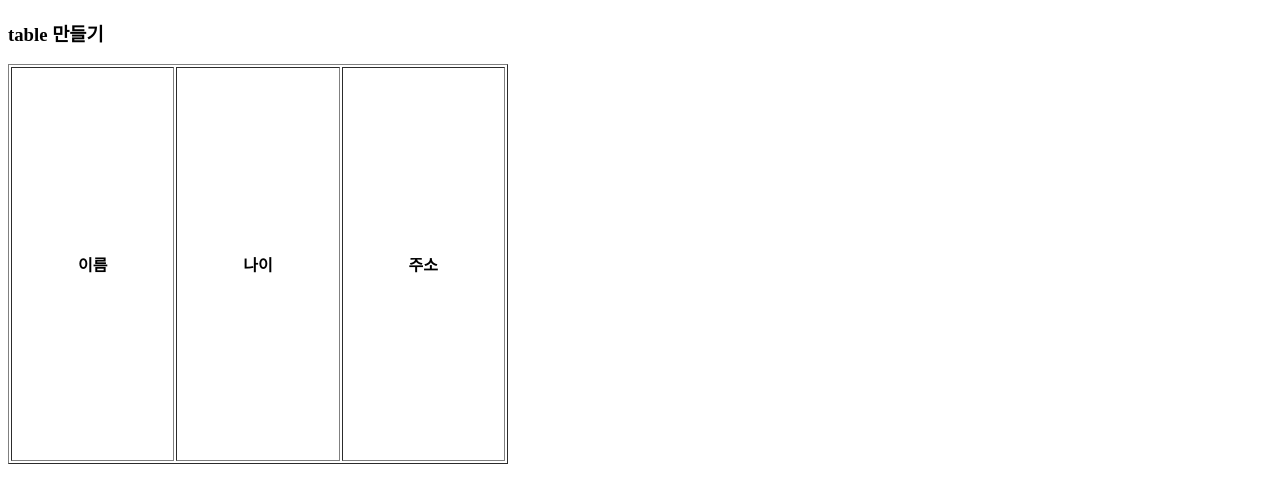
Repository: JeongHyeongKim/practice_myself
Page: Si_basic/WebProject/setp01_HTMLCS/WebContent/HTML/ex03_tableTag.html
These files come from the project's save history. The page is drawn as it stood at one moment and after the next save; the edit follows.
The browser window is 1280 px wide. The pictures show the whole page.

Above is the page before, as saved 2019-04-22 04:20:15.

### Si_basic/WebProject/setp01_HTMLCS/WebContent/HTML/ex03_tableTag.html
<!DOCTYPE html>
<html>
	<head>
		<meta charset="UTF-8">
		<title>Table Tag</title>
	</head>
	<body>
		<h3>table 만들기</h3>
		<table border="1" height="400" width="500">
			<tr>
				<th>이름</th>
				<th>나이</th>
				<th>주소</th>
			</tr>
		</table>
	</body>
</html>

After the next save:
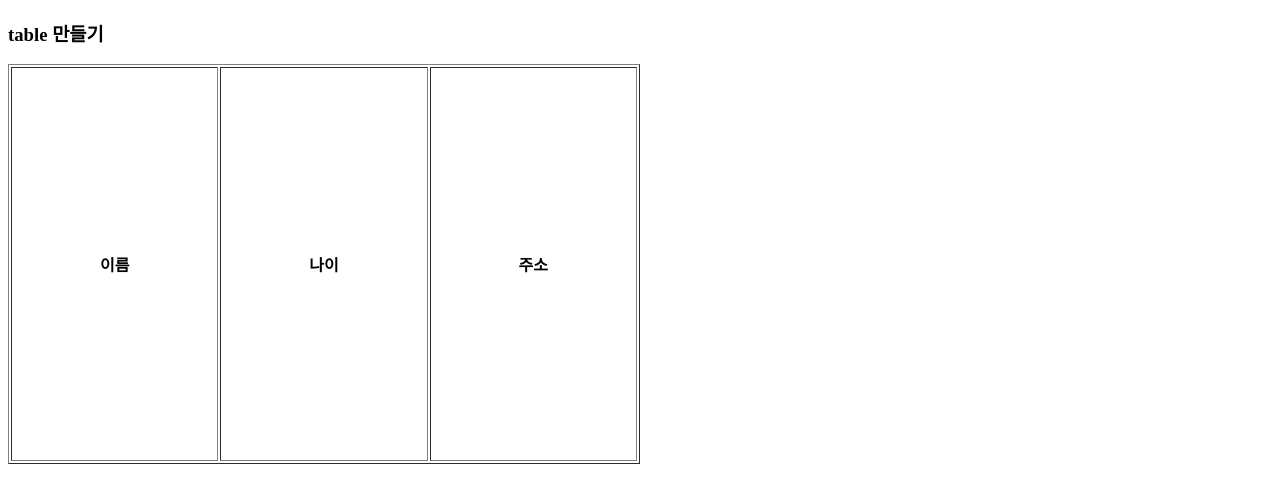
Saved 24 s later.
--- a/Si_basic/WebProject/setp01_HTMLCS/WebContent/HTML/ex03_tableTag.html
+++ b/Si_basic/WebProject/setp01_HTMLCS/WebContent/HTML/ex03_tableTag.html
@@ -6,7 +6,7 @@
 	</head>
 	<body>
 		<h3>table 만들기</h3>
-		<table border="1" height="400" width="500">
+		<table border="1" height="400" width="50%">
 			<tr>
 				<th>이름</th>
 				<th>나이</th>
